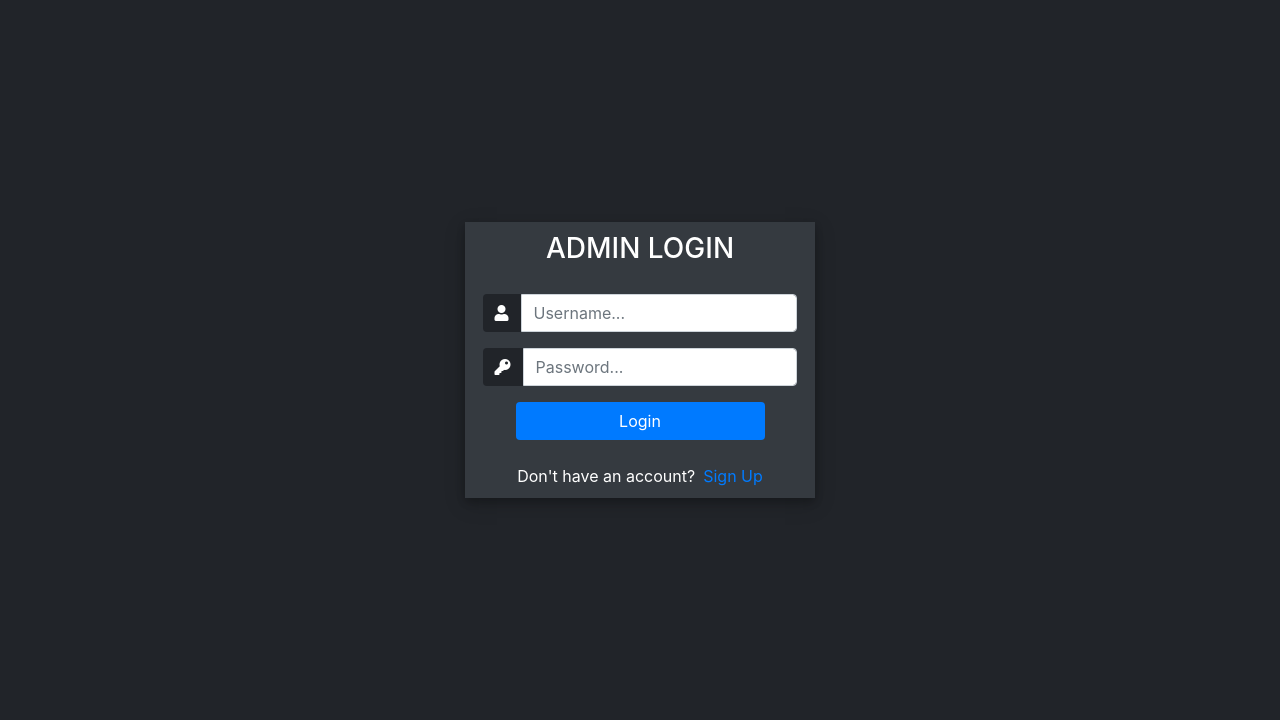
Repository: Abdaljawad-Aya/login-register-auth-validation-Django
Page: http://localhost/login/
The author's editor kept a copy of each file at every save. The page is drawn from the files as they stood at one save, then again after the next save.
The browser window is 1280 px wide. The pictures show the whole page.
Some web libraries are served in a nearby version. The page is served by the project's application, run on Django 3.2 (project8/manage.py).

Above is the page before, as saved 2021-03-12 00:34:12.

After the next save:
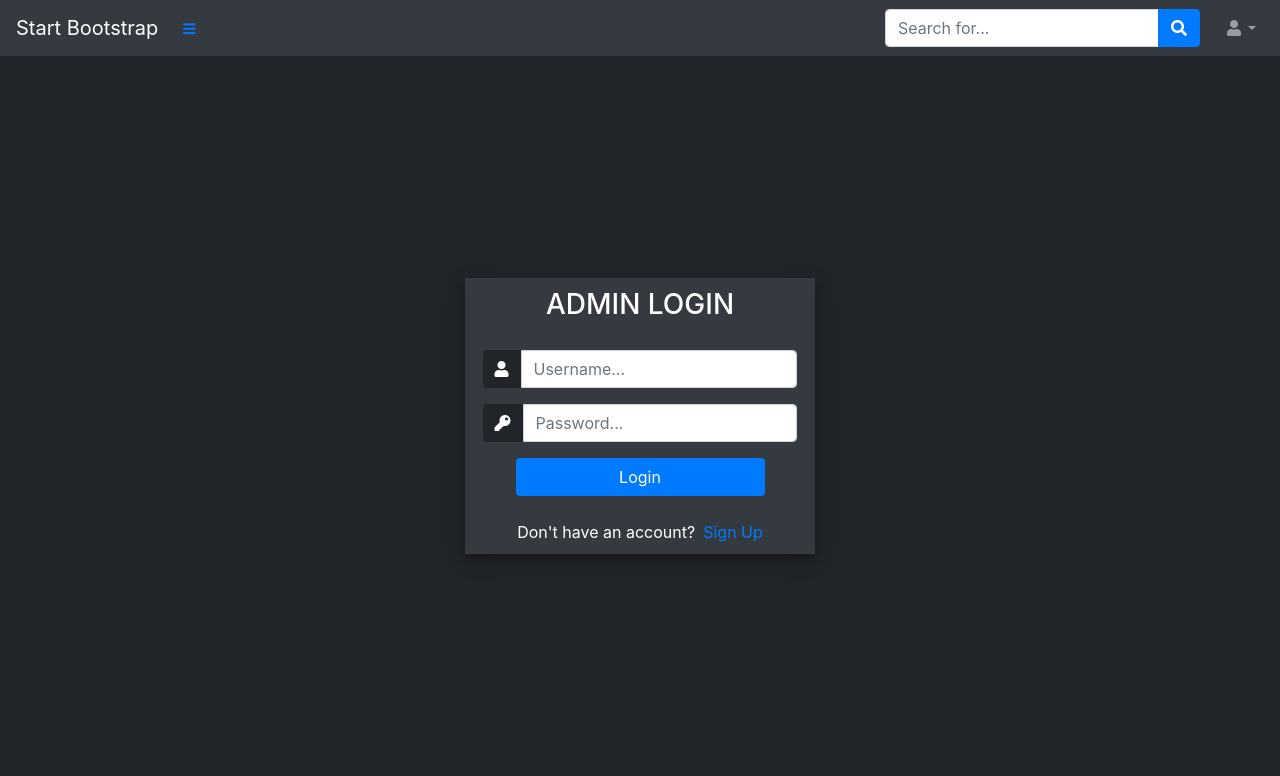
Saved 7 h 32 min later.
--- a/project8/project8/templates/login.html
+++ b/project8/project8/templates/login.html
@@ -79,6 +79,33 @@
 
 </head>
 <body>
+     <nav class="sb-topnav navbar navbar-expand navbar-dark bg-dark">
+            <a class="navbar-brand" href="index.html">Start Bootstrap</a>
+            <button class="btn btn-link btn-sm order-1 order-lg-0" id="sidebarToggle" href="#"><i class="fas fa-bars"></i></button>
+            <!-- Navbar Search-->
+            <form class="d-none d-md-inline-block form-inline ml-auto mr-0 mr-md-3 my-2 my-md-0">
+                <div class="input-group">
+                    <input class="form-control" type="text" placeholder="Search for..." aria-label="Search" aria-describedby="basic-addon2" />
+                    <div class="input-group-append">
+                        <button class="btn btn-primary" type="button"><i class="fas fa-search"></i></button>
+                    </div>
+                </div>
+            </form>
+            <!-- Navbar-->
+            <ul class="navbar-nav ml-auto ml-md-0">
+                <li class="nav-item dropdown">
+                    <a class="nav-link dropdown-toggle" id="userDropdown" href="#" role="button" data-toggle="dropdown" aria-haspopup="true" aria-expanded="false"><i class="fas fa-user fa-fw"></i></a>
+                    <div class="dropdown-menu dropdown-menu-right" aria-labelledby="userDropdown">
+                        {% comment %} <a class="dropdown-item" href="#">Settings</a>
+                        <a class="dropdown-item" href="#">Activity Log</a> {% endcomment %}
+                        <div class="dropdown-divider"></div>
+{% comment %}
+                         <span class="hello-msg"> Hello, {{request.user}}</span>
+                         <span><a class="dropdown-item" href="{% url 'logout' %}">Logout</a></span> {% endcomment %}
+                    </div>
+                </li>
+            </ul>
+        </nav>
 	<div class="container h-100">
 		<div class="d-flex justify-content-center h-100">
 			<div class="user_card">
